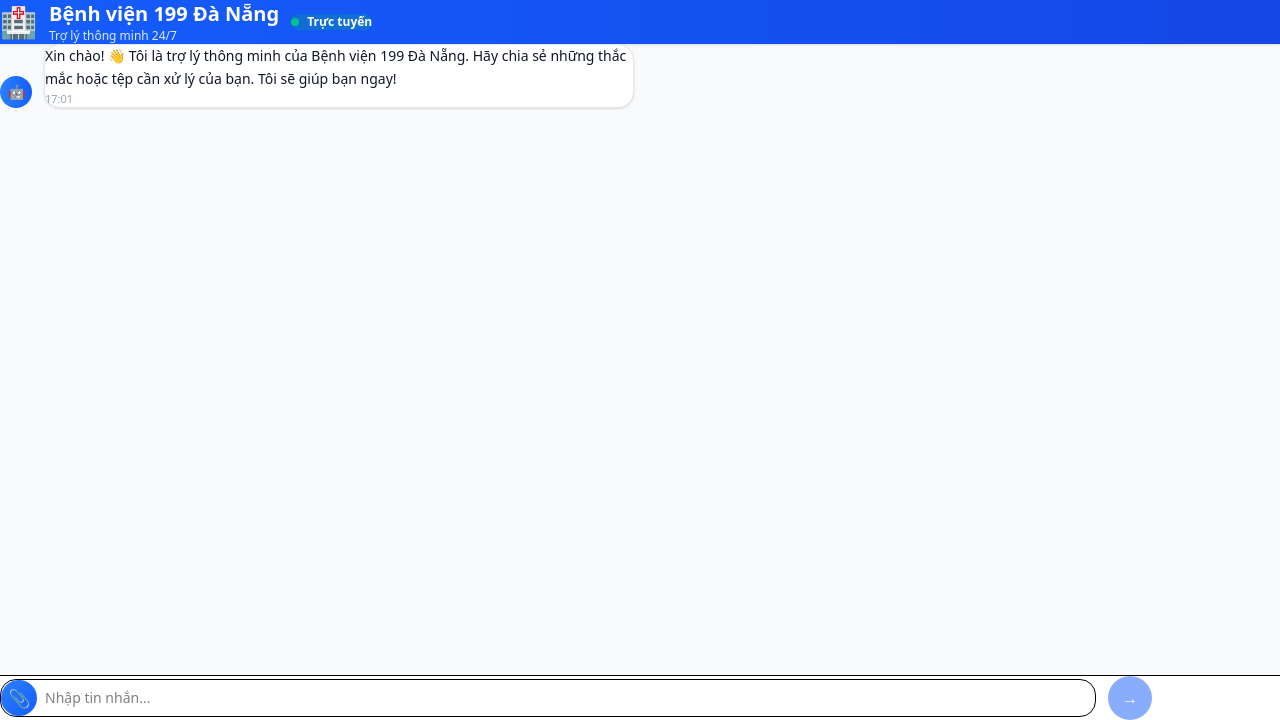
Repository: France2003/B-nh_Vi-n_199
Page: /
The author's editor kept a copy of each file at every save. The page is drawn from the files as they stood at one save, then again after the next save.
The browser window is 1280 px wide. The pictures show the whole page.
The project was rebuilt for these pictures with package versions that can differ from the ones it lists, and the page was loaded fresh each time. Also part of the build but not shown: vite.config.ts, src/App.css, src/components/FilePreview.tsx.

Above is the page before, as saved 2026-01-10 11:53:35.

### index.html
<!doctype html>
<html lang="en">
  <head>
    <meta charset="UTF-8" />
    <link rel="icon" type="image/svg+xml" href="/vite.svg" />
    <meta name="viewport" content="width=device-width, initial-scale=1.0" />
    <title>chat199</title>
  </head>
  <body>
    <div id="root"></div>
    <script type="module" src="/src/main.tsx"></script>
  </body>
</html>

### src/index.css
@import "tailwindcss";

:root {
  --hospital-50: #f0f7fc;
  --hospital-100: #dceef9;
  --hospital-200: #b9def3;
  --hospital-300: #8fcde9;
  --hospital-400: #5ab9dd;
  --hospital-500: #35a4d0;
  --hospital-600: #2a7bb7;
  --hospital-700: #1e5b8d;
  --hospital-800: #0d4a73;
  --hospital-900: #081f2e;
}

* {
  @apply m-0 p-0 box-border;
}

html,
body {
  @apply h-full w-full;
}

body {
  @apply overflow-hidden;
}

#root {
  @apply h-screen w-screen;
}

/* Scrollbar Styling */
::-webkit-scrollbar {
  @apply w-2 h-2;
}

::-webkit-scrollbar-track {
  @apply bg-transparent;
}

::-webkit-scrollbar-thumb {
  background-color: rgb(13, 74, 115, 0.3);
  border-radius: 4px;
}

::-webkit-scrollbar-thumb:hover {
  background-color: rgb(13, 74, 115, 0.5);
}

/* Custom animations */
@keyframes slideIn {
  from {
    opacity: 0;
    transform: translateY(10px);
  }
  to {
    opacity: 1;
    transform: translateY(0);
  }
}

@keyframes bounce {
  0%, 80%, 100% {
    opacity: 0.5;
    transform: translateY(0);
  }
  40% {
    opacity: 1;
    transform: translateY(-10px);
  }
}

.animate-in {
  animation: slideIn 0.3s ease forwards;
}

.delay-200 {
  animation-delay: 200ms;
}

.delay-400 {
  animation-delay: 400ms;
}

.slide-in-from-bottom-2 {
  --tw-enter-translate-y: 8px;
}

### src/App.tsx
import './App.css'
import { ChatBot } from './components/ChatBot'

function App() {
  return <ChatBot />
}

export default App

### src/components/ChatBot.tsx
import React, { useState, useRef, useEffect } from 'react';
import type { Message, UploadedFile } from '../types';
import { ChatMessage } from './ChatMessage';
import { FileUploader } from './FileUploader';
import { FilePreview } from './FilePreview';

export const ChatBot: React.FC = () => {
  const [messages, setMessages] = useState<Message[]>([
    {
      id: '1',
      type: 'bot',
      content:
        'Xin chào! 👋 Tôi là trợ lý thông minh của Bệnh viện 199 Đà Nẵng. Hãy chia sẻ những thắc mắc hoặc tệp cần xử lý của bạn. Tôi sẽ giúp bạn ngay!',
      timestamp: new Date(),
    },
  ]);

  const [uploadedFiles, setUploadedFiles] = useState<UploadedFile[]>([]);
  const [inputValue, setInputValue] = useState('');
  const [isLoading, setIsLoading] = useState(false);
  const messagesEndRef = useRef<HTMLDivElement>(null);

  useEffect(() => {
    messagesEndRef.current?.scrollIntoView({ behavior: 'smooth' });
  }, [messages, isLoading]);

  const handleSendMessage = async () => {
    if (!inputValue.trim() && uploadedFiles.length === 0) return;

    const userMessage: Message = {
      id: `${Date.now()}`,
      type: 'user',
      content: inputValue,
      timestamp: new Date(),
      files: uploadedFiles.length ? [...uploadedFiles] : undefined,
    };

    setMessages((prev) => [...prev, userMessage]);
    setInputValue('');
    setUploadedFiles([]);
    setIsLoading(true);

    setTimeout(() => {
      setMessages((prev) => [
        ...prev,
        {
          id: `${Date.now() + 1}`,
          type: 'bot',
          content: generateBotResponse(userMessage),
          timestamp: new Date(),
        },
      ]);
      setIsLoading(false);
    }, 800);
  };

  const generateBotResponse = (msg: Message) => {
    if (msg.files?.length) {
      return `✓ Đã nhận ${msg.files.length} tệp: ${msg.files
        .map((f) => f.name)
        .join(', ')}`;
    }
    return '✓ Bệnh viện 199 sẵn sàng hỗ trợ. Bạn cần tôi giúp gì thêm?';
  };

  return (
    <div className="flex flex-col h-screen bg-gray-50">
      {/* HEADER */}
      <header className="flex items-center gap-3 px-6 py-4 bg-gradient-to-r from-blue-600 to-blue-700 text-white shadow">
        <div className="text-3xl">🏥</div>
        <div>
          <h1 className="text-xl font-bold">Bệnh viện 199 Đà Nẵng</h1>
          <p className="text-xs text-blue-100">Trợ lý thông minh 24/7</p>
        </div>
        <div className="ml-auto flex items-center gap-2 bg-green-500/20 px-3 py-1 rounded-full">
          <span className="w-2 h-2 bg-green-400 rounded-full animate-pulse" />
          <span className="text-xs font-semibold">Trực tuyến</span>
        </div>
      </header>

      {/* CHAT */}
      <div className="flex-1 overflow-y-auto px-4 py-6">
        <div className="w-full max-w-6xl mx-auto space-y-5">
          {messages.map((m) => (
            <ChatMessage key={m.id} message={m} />
          ))}

          {isLoading && (
            <div className="flex gap-3">
              <div className="w-8 h-8 rounded-full bg-blue-600 flex items-center justify-center text-white">
                🤖
              </div>
              <div className="flex gap-1 bg-white px-4 py-3 rounded-2xl shadow">
                <span className="w-2 h-2 bg-blue-500 rounded-full animate-bounce" />
                <span className="w-2 h-2 bg-blue-500 rounded-full animate-bounce [animation-delay:0.15s]" />
                <span className="w-2 h-2 bg-blue-500 rounded-full animate-bounce [animation-delay:0.3s]" />
              </div>
            </div>
          )}

          <div ref={messagesEndRef} />
        </div>
      </div>

      {/* INPUT */}
      <div className="border-t bg-white px-4 py-4">
        <div className="w-full max-w-6xl mx-auto">
          {uploadedFiles.length > 0 && (
            <FilePreview
              files={uploadedFiles}
              onRemove={(id) =>
                setUploadedFiles((f) => f.filter((x) => x.id !== id))
              }
              onDescriptionChange={(id, desc) =>
                setUploadedFiles((f) =>
                  f.map((x) => (x.id === id ? { ...x, description: desc } : x))
                )
              }
            />
          )}

          <div className="flex items-center gap-3 mt-3">
            <div className="flex flex-1 items-center gap-2 border rounded-2xl px-3 py-2">
              <FileUploader
                onFilesUpload={(f) => setUploadedFiles((p) => [...p, ...f])}
                showLabel={false}
              />
              <input
                value={inputValue}
                onChange={(e) => setInputValue(e.target.value)}
                onKeyDown={(e) => e.key === 'Enter' && handleSendMessage()}
                placeholder="Nhập tin nhắn..."
                className="flex-1 outline-none text-sm"
              />
            </div>

            <button
              onClick={handleSendMessage}
              disabled={!inputValue.trim() && !uploadedFiles.length}
              className="w-11 h-11 rounded-full bg-blue-600 text-white font-bold hover:scale-105 transition disabled:opacity-50"
            >
              →
            </button>
          </div>
        </div>
      </div>
    </div>
  );
};

### src/components/ChatMessage.tsx
import React from 'react';
import type { Message } from '../types';

interface ChatMessageProps {
  message: Message;
}

export const ChatMessage: React.FC<ChatMessageProps> = ({ message }) => {
  const isUser = message.type === 'user';
  return (
    <div className={`w-full flex ${isUser ? 'justify-end' : 'justify-start'} px-2`}>
      <div className="flex items-end gap-3">
        {!isUser && (
          <div className="flex-shrink-0 w-8 h-8 rounded-full bg-gradient-to-r from-blue-500 to-blue-600 flex items-center justify-center text-white text-sm">🤖</div>
        )}

        <div className={`inline-block w-fit max-w-[85%] sm:max-w-[70%] lg:max-w-[60%] rounded-2xl p-3 break-words shadow-sm ${isUser
            ? 'bg-gradient-to-br from-blue-500 to-blue-600 text-white rounded-br-2xl rounded-bl-2xl rounded-tl-2xl'
            : 'bg-white text-gray-900 rounded-bl-2xl rounded-br-2xl border border-gray-200'
          }`}>
          <div className="flex flex-col gap-2">
            <div className="text-sm leading-relaxed whitespace-pre-wrap">{message.content}</div>
            {message.files && message.files.length > 0 && (
              <div className="mt-2 grid grid-cols-1 sm:grid-cols-2 gap-2">
                {message.files.map((file) => (
                  <div key={file.id} className="flex items-start gap-2">
                    {file.type === 'image' && file.preview ? (
                      <img src={file.preview} alt={file.name} className="w-20 h-20 object-cover rounded-md" />
                    ) : (
                      <div className="w-20 h-20 flex items-center justify-center rounded-md bg-gray-100">
                        <span className="text-2xl">📄</span>
                      </div>
                    )}
                    <div className="flex-1 min-w-0">
                      <p className="text-xs font-medium truncate">{file.name}</p>
                      {file.description && <p className="text-xs text-gray-500 mt-1 truncate">{file.description}</p>}
                    </div>
                  </div>
                ))}
              </div>
            )}
          </div>

          <div className={`text-[11px] mt-2 ${isUser ? 'text-white/80 text-right' : 'text-gray-400 text-left'}`}>
            {message.timestamp.toLocaleTimeString('vi-VN', { hour: '2-digit', minute: '2-digit' })}
          </div>
        </div>

        {isUser && (
          <div className="flex-shrink-0 w-8 h-8 rounded-full bg-white flex items-center justify-center text-blue-600 text-sm shadow-sm">Bạn</div>
        )}
      </div>
    </div>
  );
};
export default ChatMessage;

### src/components/FileUploader.tsx
import React, { useState, useRef } from 'react';
import type { UploadedFile } from '../types';

interface FileUploaderProps {
  onFilesUpload: (files: UploadedFile[]) => void;
  showLabel?: boolean;
}

export const FileUploader: React.FC<FileUploaderProps> = ({ onFilesUpload, showLabel = true }) => {
  const [isDragActive, setIsDragActive] = useState(false);
  const fileInputRef = useRef<HTMLInputElement>(null);

  const handleDrag = (e: React.DragEvent) => {
    e.preventDefault();
    e.stopPropagation();
    if (e.type === 'dragenter' || e.type === 'dragover') {
      setIsDragActive(true);
    } else if (e.type === 'dragleave') {
      setIsDragActive(false);
    }
  };

  const processFiles = (files: FileList) => {
    const uploadedFiles: UploadedFile[] = [];

    Array.from(files).forEach((file) => {
      const isImage = file.type.startsWith('image/');
      const uploadedFile: UploadedFile = {
        id: `${Date.now()}-${Math.random()}`,
        name: file.name,
        type: isImage ? 'image' : 'file',
        file,
      };

      if (isImage) {
        const reader = new FileReader();
        reader.onload = (e) => {
          uploadedFile.preview = e.target?.result as string;
        };
        reader.readAsDataURL(file);
      }

      uploadedFiles.push(uploadedFile);
    });

    onFilesUpload(uploadedFiles);
  };

  const handleDrop = (e: React.DragEvent) => {
    e.preventDefault();
    e.stopPropagation();
    setIsDragActive(false);

    if (e.dataTransfer.files && e.dataTransfer.files[0]) {
      processFiles(e.dataTransfer.files);
    }
  };

  const handleChange = (e: React.ChangeEvent<HTMLInputElement>) => {
    if (e.target.files) {
      processFiles(e.target.files);
    }
  };

  if (!showLabel) {
    return (
      <>
        <input
          ref={fileInputRef}
          type="file"
          multiple
          onChange={handleChange}
          accept="image/*,.pdf,.doc,.docx,.xls,.xlsx,.txt"
          className="hidden"
          id="file-upload-input"
        />
        <label
          htmlFor="file-upload-input"
          className="flex items-center justify-center w-9 h-9 rounded-full bg-gradient-to-br from-blue-500 to-blue-600 text-white cursor-pointer hover:shadow-md transition-transform active:scale-95 flex-shrink-0"
          title="Tải file"
          onDragEnter={handleDrag}
          onDragLeave={handleDrag}
          onDragOver={handleDrag}
          onDrop={handleDrop}
        >
          <span className="text-lg">📎</span>
        </label>
      </>
    );
  }

  return (
    <div
      className={`border-2 border-dashed rounded-2xl p-8 text-center transition-all cursor-pointer mb-5 ${
        isDragActive
          ? 'border-blue-500 bg-blue-50 shadow-lg scale-105'
          : 'border-blue-300 bg-blue-50 hover:bg-blue-100 hover:border-blue-400'
      }`}
      onDragEnter={handleDrag}
      onDragLeave={handleDrag}
      onDragOver={handleDrag}
      onDrop={handleDrop}
    >
      <input
        ref={fileInputRef}
        type="file"
        multiple
        onChange={handleChange}
        accept="image/*,.pdf,.doc,.docx,.xls,.xlsx,.txt"
        className="hidden"
      />
      <div className="pointer-events-none">
        <div className="text-4xl mb-3">📁</div>
        <p className="m-0 mb-2 text-base font-bold text-blue-900">Kéo thả file tại đây</p>
        <p className="m-0 text-sm text-blue-600 mb-3">hoặc nhấp để chọn từ máy tính</p>
        <p className="m-0 text-xs text-blue-500">Hỗ trợ: Hình ảnh, PDF, Word, Excel</p>
      </div>
    </div>
  );
};

Loaded but not shown: src/main.tsx (common file)

After the next save:
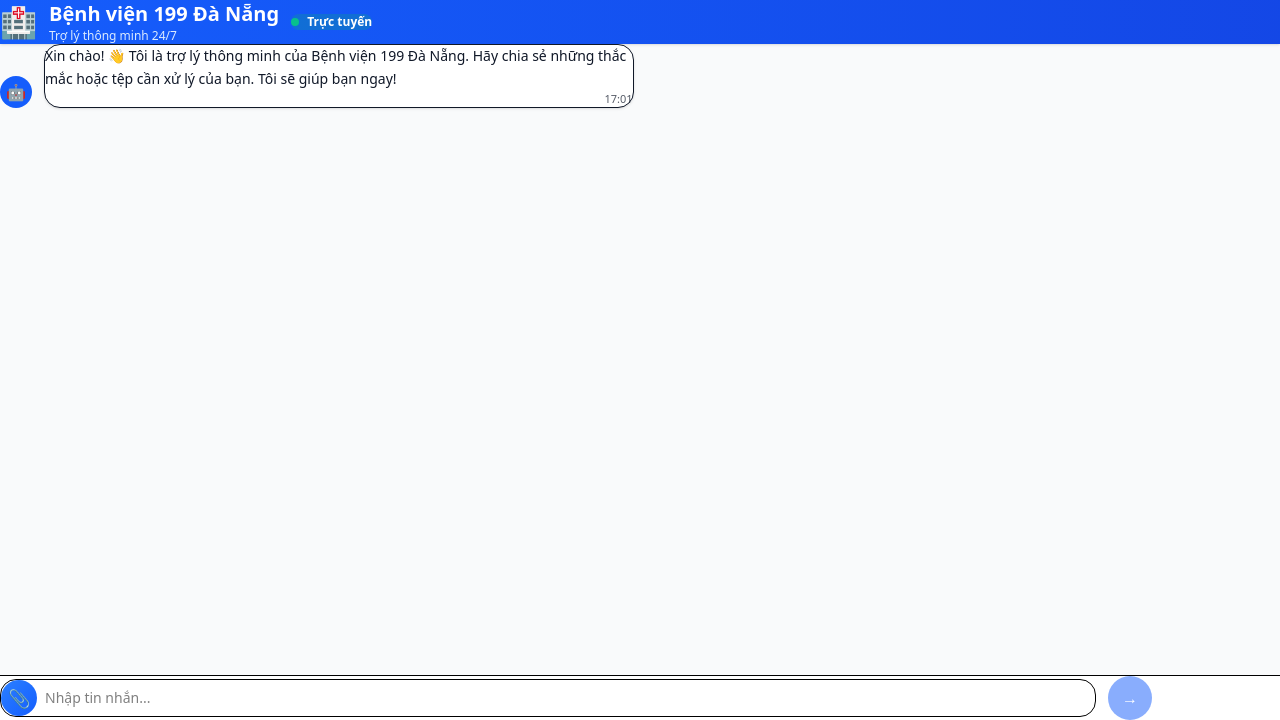
Saved 14 s later.
--- a/src/components/ChatMessage.tsx
+++ b/src/components/ChatMessage.tsx
@@ -1,56 +1,46 @@
 import React from 'react';
 import type { Message } from '../types';
 
-interface ChatMessageProps {
-  message: Message;
-}
+export const ChatMessage: React.FC<{ message: Message }> = ({ message }) => {
+  const isUser = message.type === 'user';
 
-export const ChatMessage: React.FC<ChatMessageProps> = ({ message }) => {
-  const isUser = message.type === 'user';
   return (
-    <div className={`w-full flex ${isUser ? 'justify-end' : 'justify-start'} px-2`}>
+    <div className={`w-full flex ${isUser ? 'justify-end' : 'justify-start'}`}>
       <div className="flex items-end gap-3">
         {!isUser && (
-          <div className="flex-shrink-0 w-8 h-8 rounded-full bg-gradient-to-r from-blue-500 to-blue-600 flex items-center justify-center text-white text-sm">🤖</div>
+          <div className="w-8 h-8 rounded-full bg-blue-600 text-white flex items-center justify-center">
+            🤖
+          </div>
         )}
 
-        <div className={`inline-block w-fit max-w-[85%] sm:max-w-[70%] lg:max-w-[60%] rounded-2xl p-3 break-words shadow-sm ${isUser
-            ? 'bg-gradient-to-br from-blue-500 to-blue-600 text-white rounded-br-2xl rounded-bl-2xl rounded-tl-2xl'
-            : 'bg-white text-gray-900 rounded-bl-2xl rounded-br-2xl border border-gray-200'
-          }`}>
-          <div className="flex flex-col gap-2">
-            <div className="text-sm leading-relaxed whitespace-pre-wrap">{message.content}</div>
-            {message.files && message.files.length > 0 && (
-              <div className="mt-2 grid grid-cols-1 sm:grid-cols-2 gap-2">
-                {message.files.map((file) => (
-                  <div key={file.id} className="flex items-start gap-2">
-                    {file.type === 'image' && file.preview ? (
-                      <img src={file.preview} alt={file.name} className="w-20 h-20 object-cover rounded-md" />
-                    ) : (
-                      <div className="w-20 h-20 flex items-center justify-center rounded-md bg-gray-100">
-                        <span className="text-2xl">📄</span>
-                      </div>
-                    )}
-                    <div className="flex-1 min-w-0">
-                      <p className="text-xs font-medium truncate">{file.name}</p>
-                      {file.description && <p className="text-xs text-gray-500 mt-1 truncate">{file.description}</p>}
-                    </div>
-                  </div>
-                ))}
-              </div>
-            )}
+        <div
+          className={`
+            inline-block w-fit
+            max-w-[85%] sm:max-w-[70%] lg:max-w-[60%]
+            px-4 py-3 rounded-2xl shadow
+            ${isUser
+              ? 'bg-blue-600 text-white'
+              : 'bg-white text-gray-900 border'
+            }
+          `}
+        >
+          <div className="text-sm whitespace-pre-wrap leading-relaxed">
+            {message.content}
           </div>
-
-          <div className={`text-[11px] mt-2 ${isUser ? 'text-white/80 text-right' : 'text-gray-400 text-left'}`}>
-            {message.timestamp.toLocaleTimeString('vi-VN', { hour: '2-digit', minute: '2-digit' })}
+          <div className="mt-1 text-[11px] opacity-70 text-right">
+            {message.timestamp.toLocaleTimeString('vi-VN', {
+              hour: '2-digit',
+              minute: '2-digit',
+            })}
           </div>
         </div>
 
         {isUser && (
-          <div className="flex-shrink-0 w-8 h-8 rounded-full bg-white flex items-center justify-center text-blue-600 text-sm shadow-sm">Bạn</div>
+          <div className="w-8 h-8 rounded-full bg-gray-200 text-blue-700 flex items-center justify-center text-xs">
+            Bạn
+          </div>
         )}
       </div>
     </div>
   );
 };
-export default ChatMessage;
